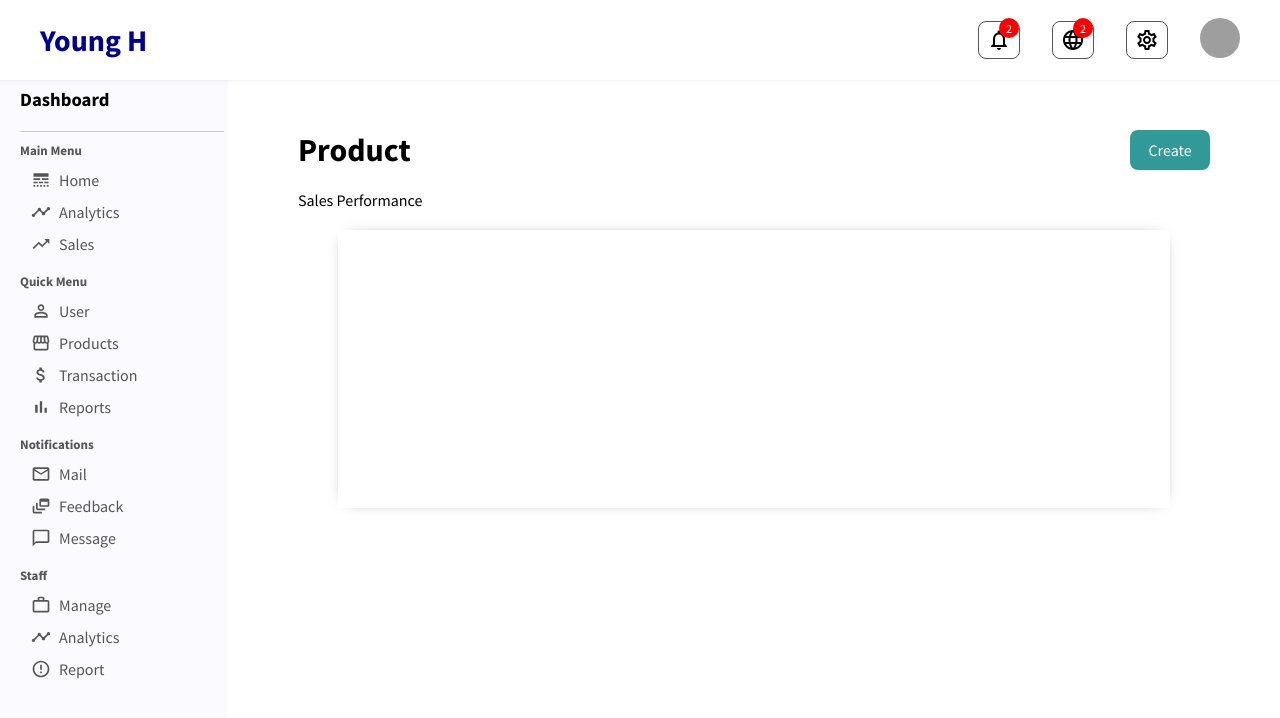
Repository: noname20011/admin
Page: /product/1
The author's editor kept a copy of each file at every save. The page is drawn from the files as they stood at one save, then again after the next save.
The browser window is 1280 px wide. The pictures show the whole page.
Pictures or frames that could not be fetched are drawn as grey boxes. The project was rebuilt for these pictures with package versions that can differ from the ones it lists, and the page was loaded fresh each time. Also part of the build but not shown: src/pages/home/home.css, src/comopnents/featureInfo/feature.css, src/comopnents/featureInfo/Feature.jsx, src/comopnents/widgetSm/widgetSm.css, src/comopnents/widgetSm/WidgetSm.jsx, src/comopnents/widgetLg/widgetLg.css, src/comopnents/widgetLg/WidgetLg.jsx, src/dummyData.js and 11 more.

Above is the page before, as saved 2021-11-14 16:23:17.

After the next save:
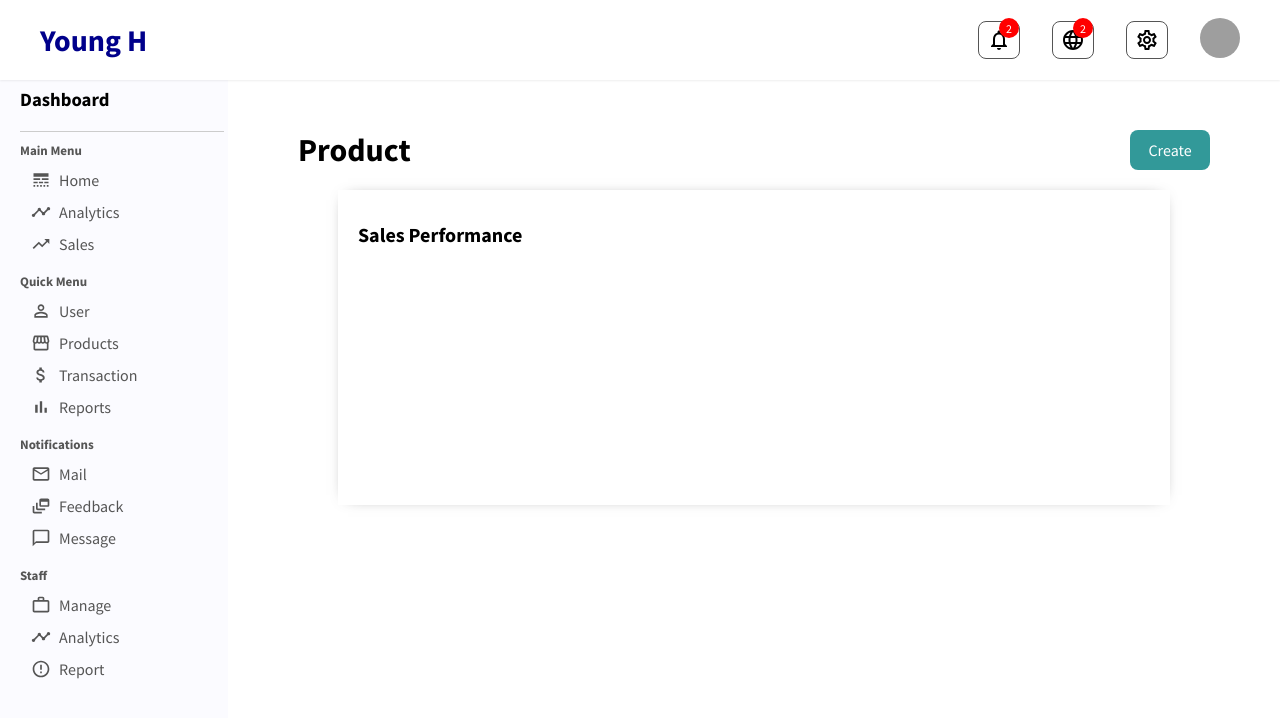
Saved 75 s later.
--- a/src/pages/product/Product.jsx
+++ b/src/pages/product/Product.jsx
@@ -15,8 +15,7 @@ export default function Product() {
             </div>
             <div className="productTop">
                 <div className="productTopLeft">
-                    <span className="productTopLeftTitle">Sales Performance</span>
-                    <Chart/>
+                    <Chart title="Sales Performance"/>
                 </div>
                 <div className="productTopRight"></div>
             </div>
